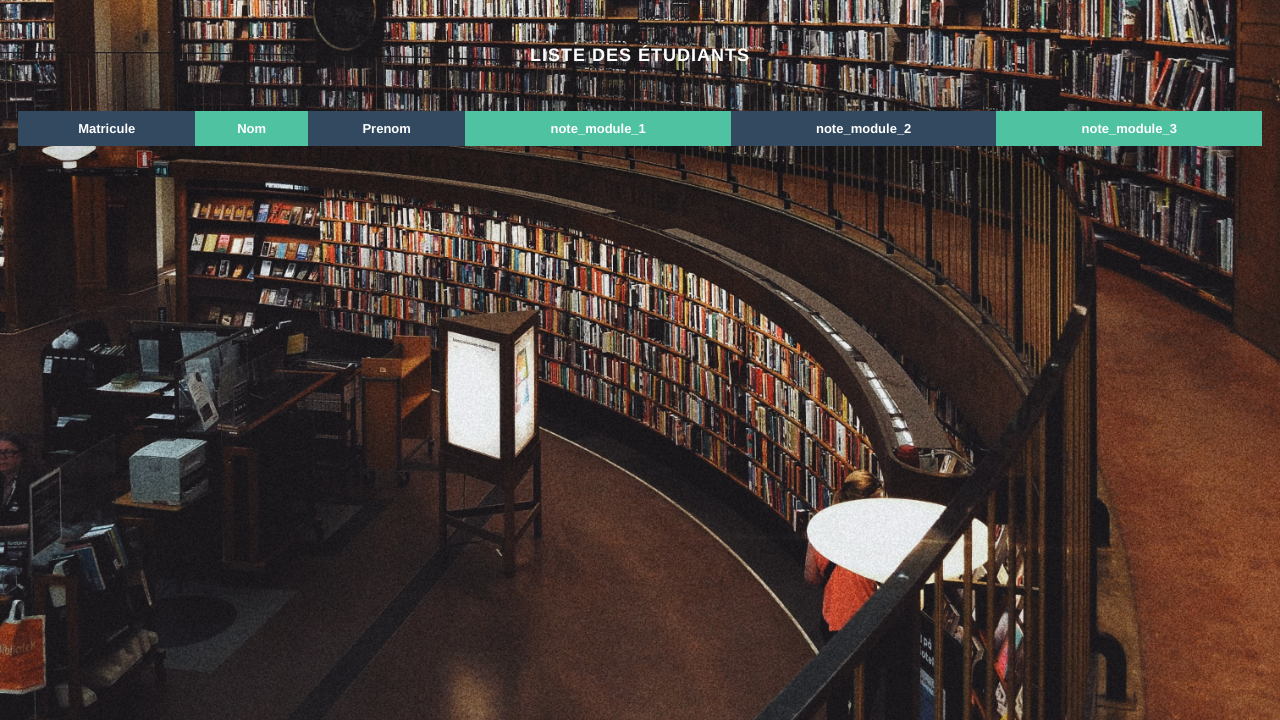
Repository: tt5300447/parakeet
Page: http://localhost/
These files come from the project's save history. The page is drawn as it stood at one moment and after the next save; the edit follows.
The browser window is 1280 px wide. The pictures show the whole page.
The page is run by PHP 8.4 with error messages shown; the project is at /var/www/html/. Queries for data that is not in the repository find no rows.

Above is the page before, as saved 2022-06-19 16:24:58.

After the next save:
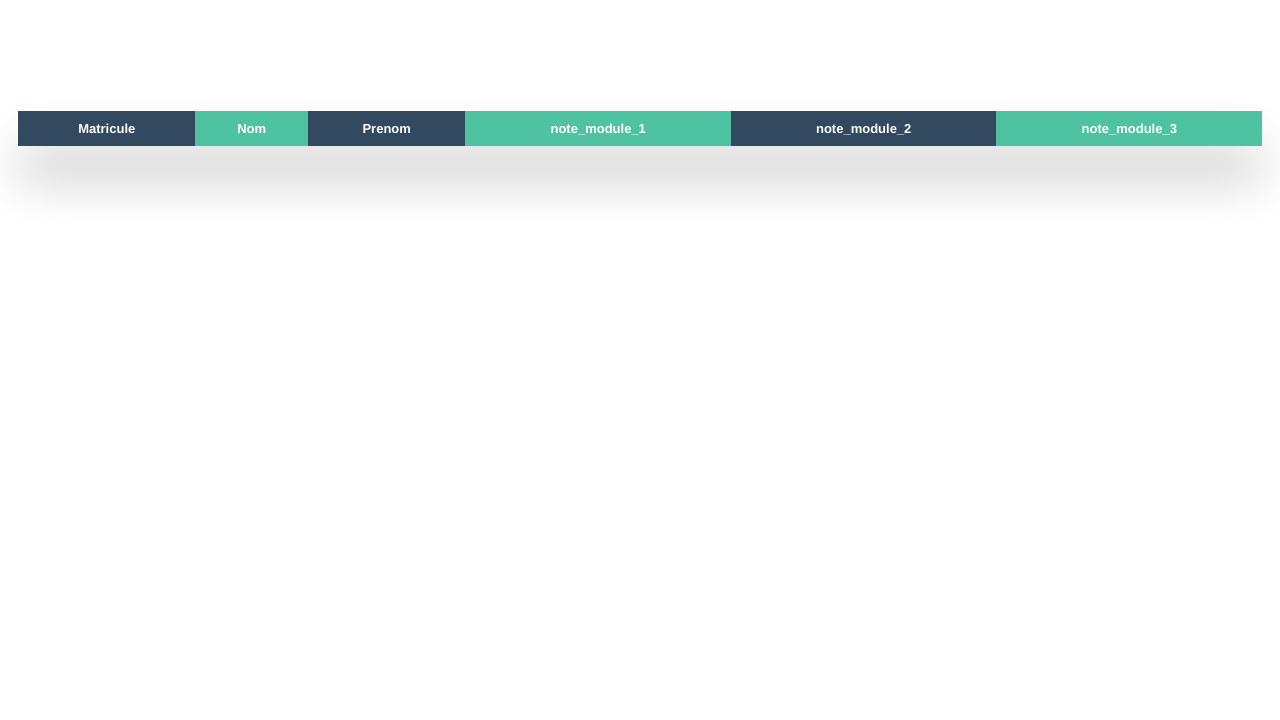
Saved 68 s later.
--- a/Copier/htdocs/Liste/table.css
+++ b/Copier/htdocs/Liste/table.css
@@ -5,7 +5,7 @@
 }
 
 html {
-    background-image: url("background4.jpg") !important;
+    background-image: url("background4.jpg"), , linear-gradient(#eb01a5, #d13531) !important;
     -webkit-background-size: cover;
     -moz-background-size: cover;
     -o-background-size: cover;

After the save that followed:
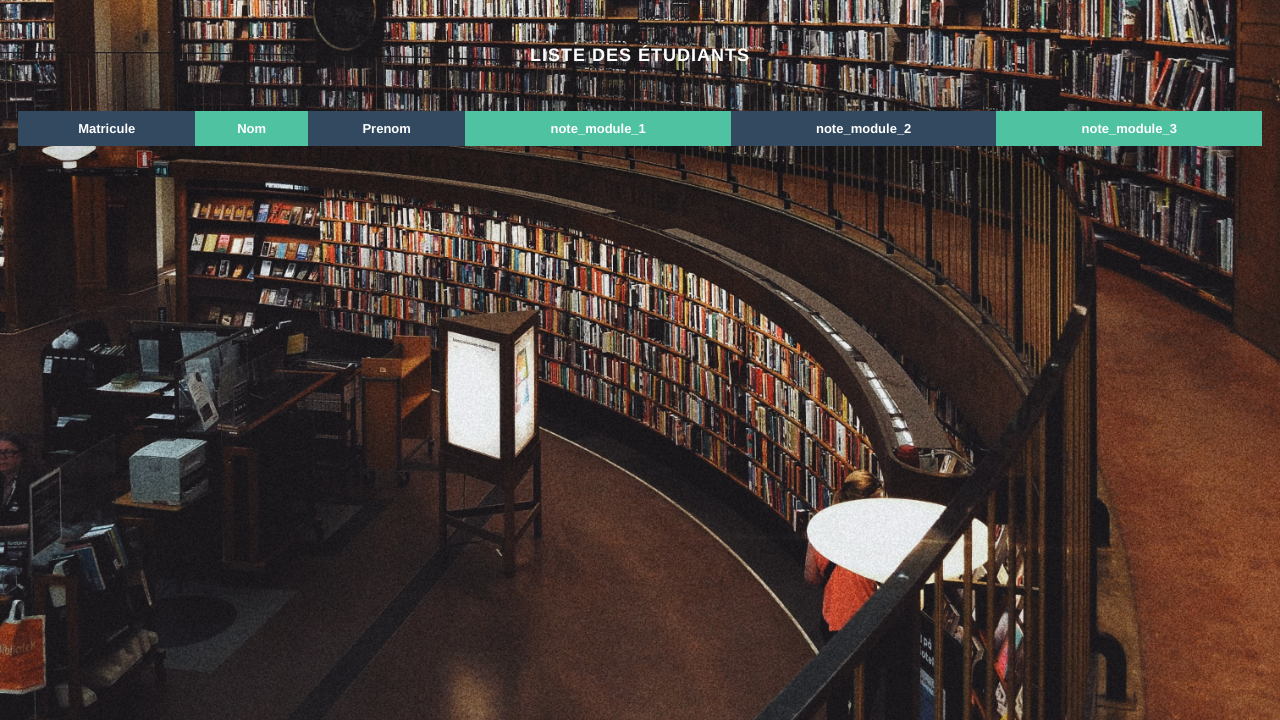
Saved 15 s later.
--- a/Copier/htdocs/Liste/table.css
+++ b/Copier/htdocs/Liste/table.css
@@ -5,7 +5,7 @@
 }
 
 html {
-    background-image: url("background4.jpg"), , linear-gradient(#eb01a5, #d13531) !important;
+    background-image: url("background4.jpg"), linear-gradient(#eb01a5, #d13531) !important;
     -webkit-background-size: cover;
     -moz-background-size: cover;
     -o-background-size: cover;
